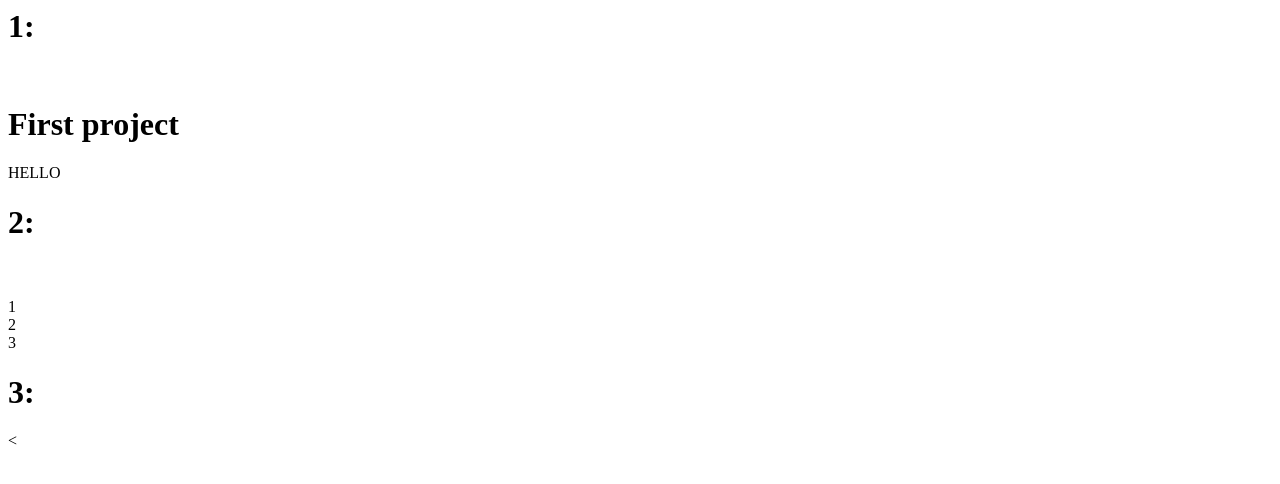
Repository: ZubaerAhmed/2-Corona-virus-eclipse-workspace
Page: http://localhost/CoronaVirus/First.jsp
These files come from the project's save history. The page is drawn as it stood at one moment and after the next save; the edit follows.
The browser window is 1280 px wide. The pictures show the whole page.
The page is served by Tomcat 9.

Above is the page before, as saved 2020-04-01 15:42:19.

After the next save:
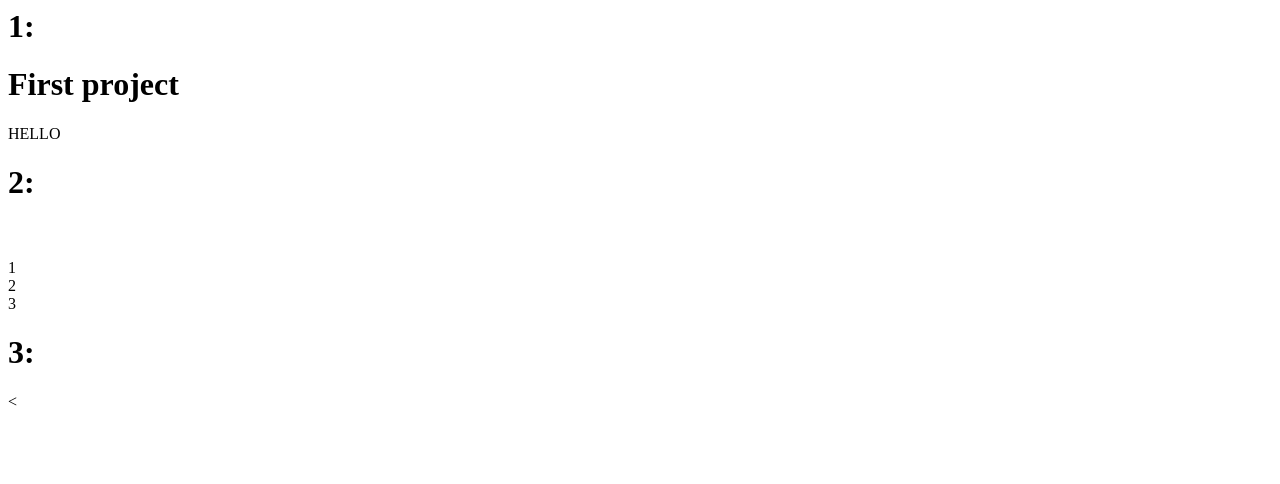
Saved 32 s later.
--- a/CoronaVirus/WebContent/First.jsp
+++ b/CoronaVirus/WebContent/First.jsp
@@ -1,7 +1,7 @@
 
 <html>
 <body>
-	<h1>1:</h1></br>
+	<h1>1:</h1>
 	<h1>First project</h1>
 	<%= new String("Hello").toUpperCase() %>
 	 </br>
